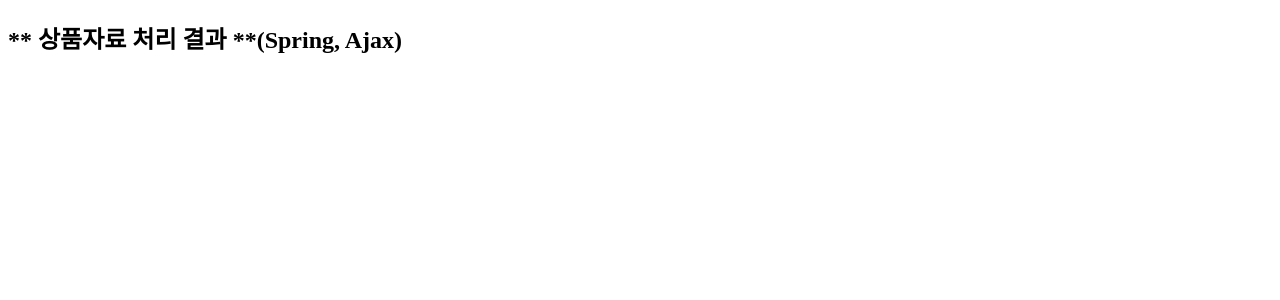
Repository: offbr/Spring
Page: http://localhost/spring_mvc19_json_db/sangpumlist.jsp
An editor plug-in stored every save of this project. The page is shown before and after the next save, followed by the edit.
The browser window is 1280 px wide. The pictures show the whole page.
The page is served by Tomcat 9. Nobody is signed in. The application's start-up code is not run. Other server files are loaded and not shown.

Above is the page before, as saved 2016-10-14 02:17:34.

### spring_mvc19_json_db/src/main/webapp/sangpumlist.jsp
<%@ page language="java" contentType="text/html; charset=UTF-8"
    pageEncoding="UTF-8"%>
<!DOCTYPE html>
<html>
<head>
<meta http-equiv="Content-Type" content="text/html; charset=UTF-8">
<title>Insert title here</title>
<script src="https://ajax.googleapis.com/ajax/libs/jquery/1.12.4/jquery.min.js"></script>
<script type="text/javascript">
$(document).ready(function(){
	$("#showData").empty();
});
</script>
</head>
<body>
<h2> ** 상품자료 처리 결과 **(Spring, Ajax)</h2>
<div id="showData">출력</div>
</body>
</html>

After the next save:
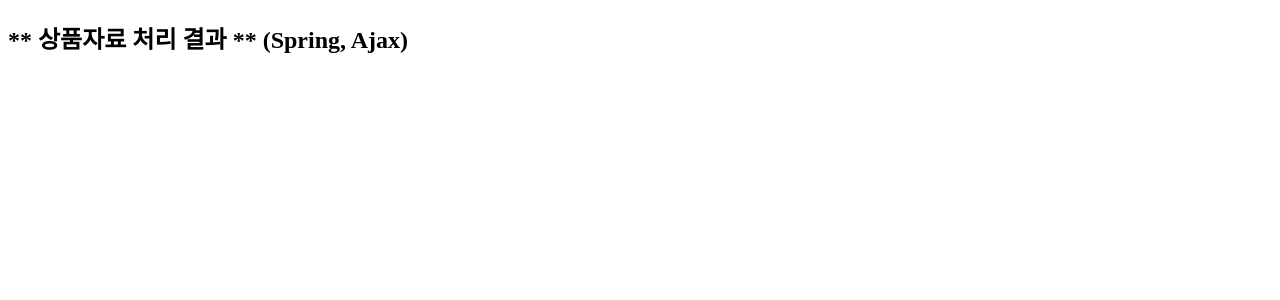
Saved 20 s later.
--- a/spring_mvc19_json_db/src/main/webapp/sangpumlist.jsp
+++ b/spring_mvc19_json_db/src/main/webapp/sangpumlist.jsp
@@ -13,7 +13,7 @@
 </script>
 </head>
 <body>
-<h2> ** 상품자료 처리 결과 **(Spring, Ajax)</h2>
+<h2> ** 상품자료 처리 결과 ** (Spring, Ajax)</h2>
 <div id="showData">출력</div>
 </body>
 </html>
